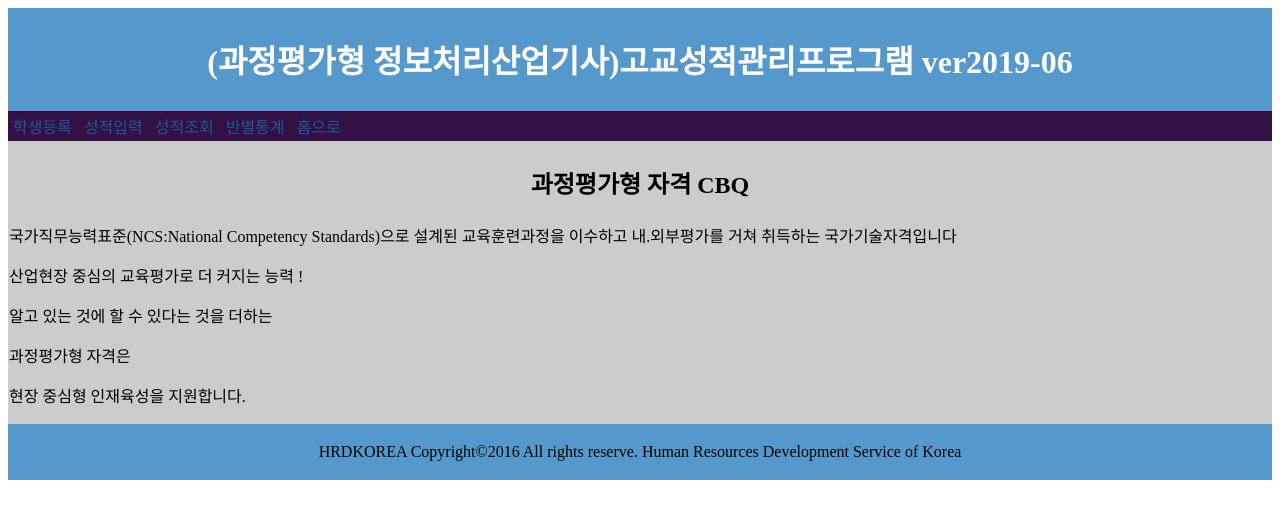
Repository: bolbbal/jdbc
Page: http://localhost/cbq_99/
These files come from the project's save history. The page is drawn as it stood at one moment and after the next save; the edit follows.
The browser window is 1280 px wide. The pictures show the whole page.
The page is served by Tomcat 9.

Above is the page before, as saved 2024-08-26 05:34:17.

After the next save:
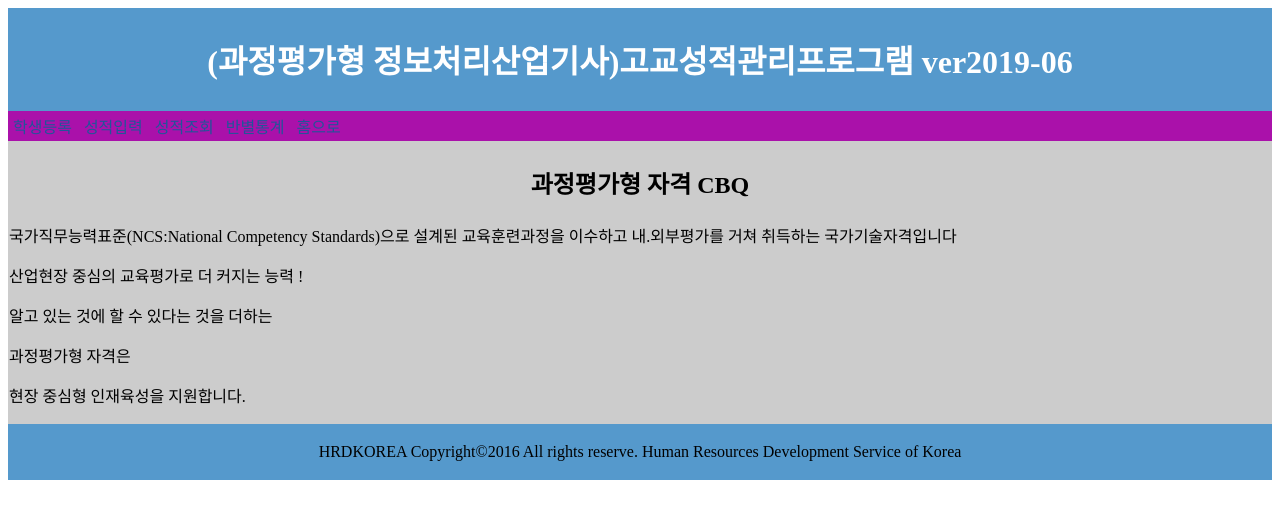
Saved 12 s later.
--- a/javastudy18/jspStudy/cbq_99/cbq_99/WebContent/index.jsp
+++ b/javastudy18/jspStudy/cbq_99/cbq_99/WebContent/index.jsp
@@ -22,7 +22,7 @@ h1 {
 }
 
 nav {
-	background: #314;
+	background: #A1A;
 	padding: 1px
 }
 
